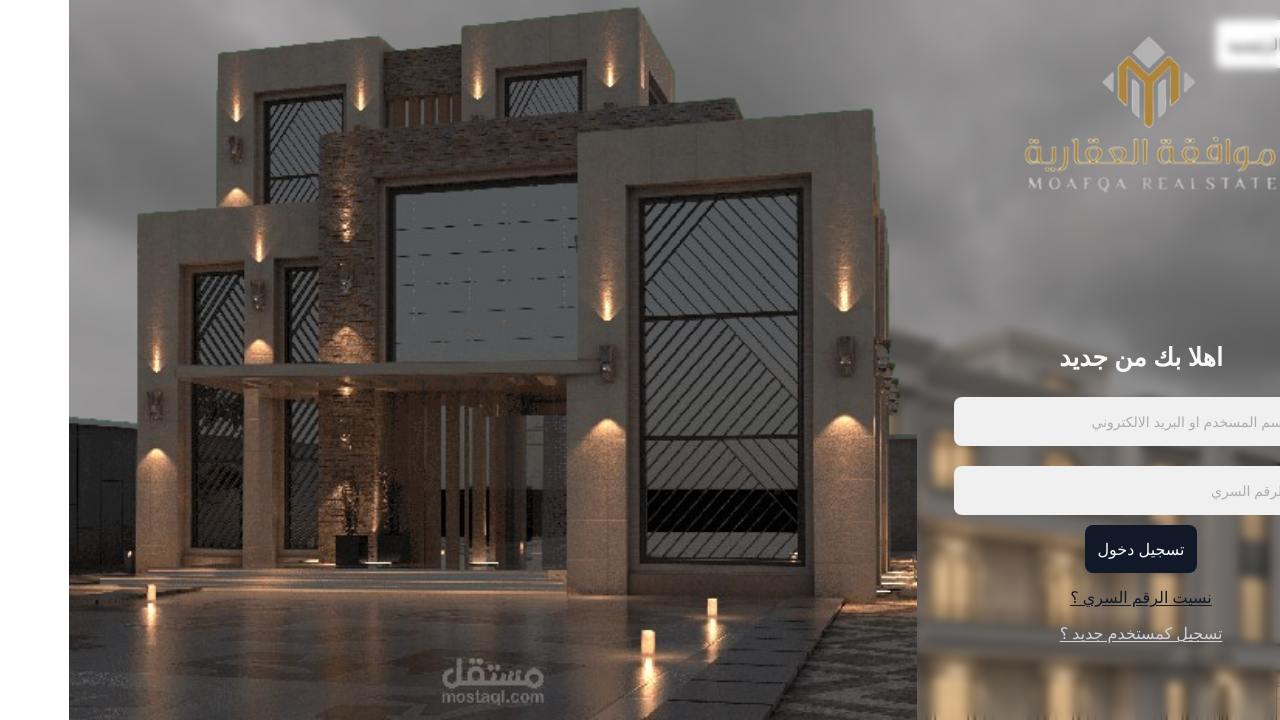
Repository: EslamKhial1997/immovables
Page: /auth
These files come from the project's save history. The page is drawn as it stood at one moment and after a run of saves; the edit follows.
The browser window is 1280 px wide. The pictures show the whole page.
Some web libraries are served in a nearby version. The project was rebuilt for these pictures with package versions that can differ from the ones it lists, and the page was loaded fresh each time. Also part of the build but not shown: vite.config.js, src/Components/layout/Navbar.jsx, src/Components/contents/OurProjects.jsx, src/Components/contents/OurAchievements.jsx, src/Components/layout/Footer.jsx, src/Components/contents/home/Slider.jsx, src/Components/contents/home/Blogs.jsx, src/App.jsx and 6 more.

Above is the page before, as saved 2024-07-27 00:30:50.

After the next 2 saves:
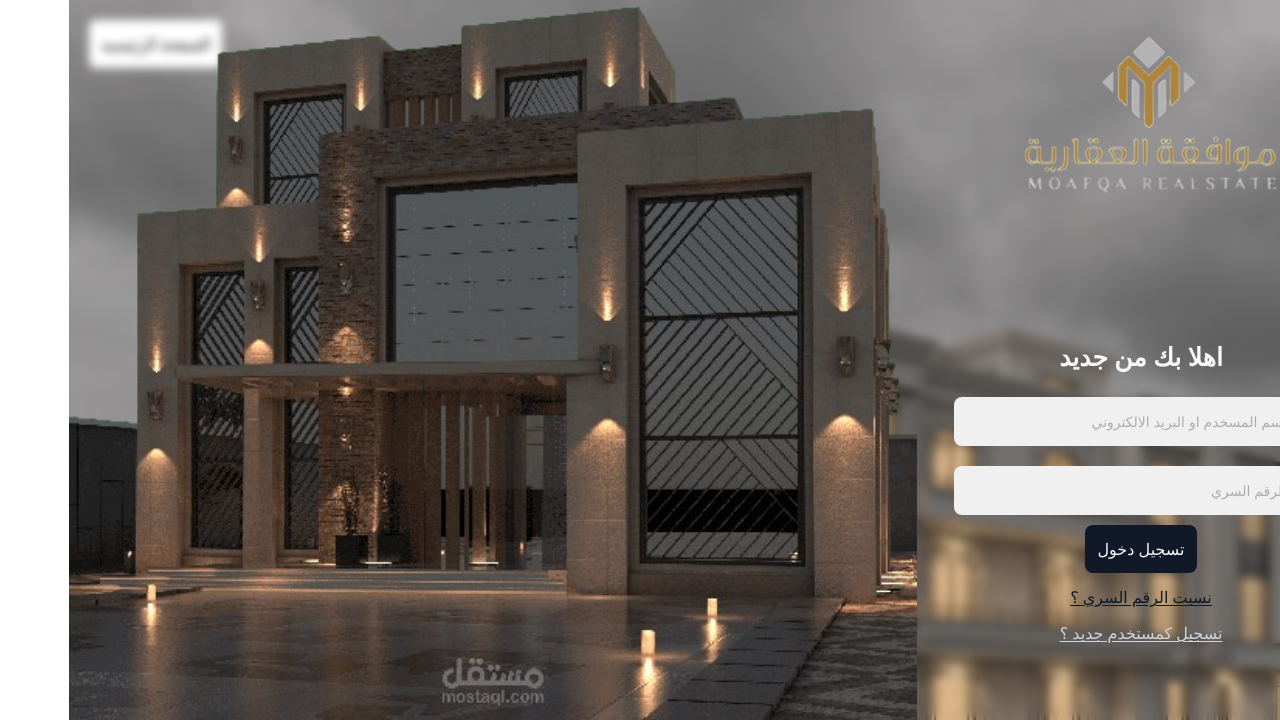
The 2 saves are shown as one change because they came seconds apart.
The last was saved 6 s later.
--- a/src/Components/auth/Auth.jsx
+++ b/src/Components/auth/Auth.jsx
@@ -10,7 +10,7 @@ const Auth = () => {
         backgroundRepeat: "no-repeat",
       }}
     >
-       <button className="fixed top-5 bg-white rounded-md p-3">الصفحة الرئيسيه</button>
+       <button className="fixed top-5 left-5 bg-white rounded-md p-3">الصفحة الرئيسيه</button>
       <Outlet />
     </div>
   );
